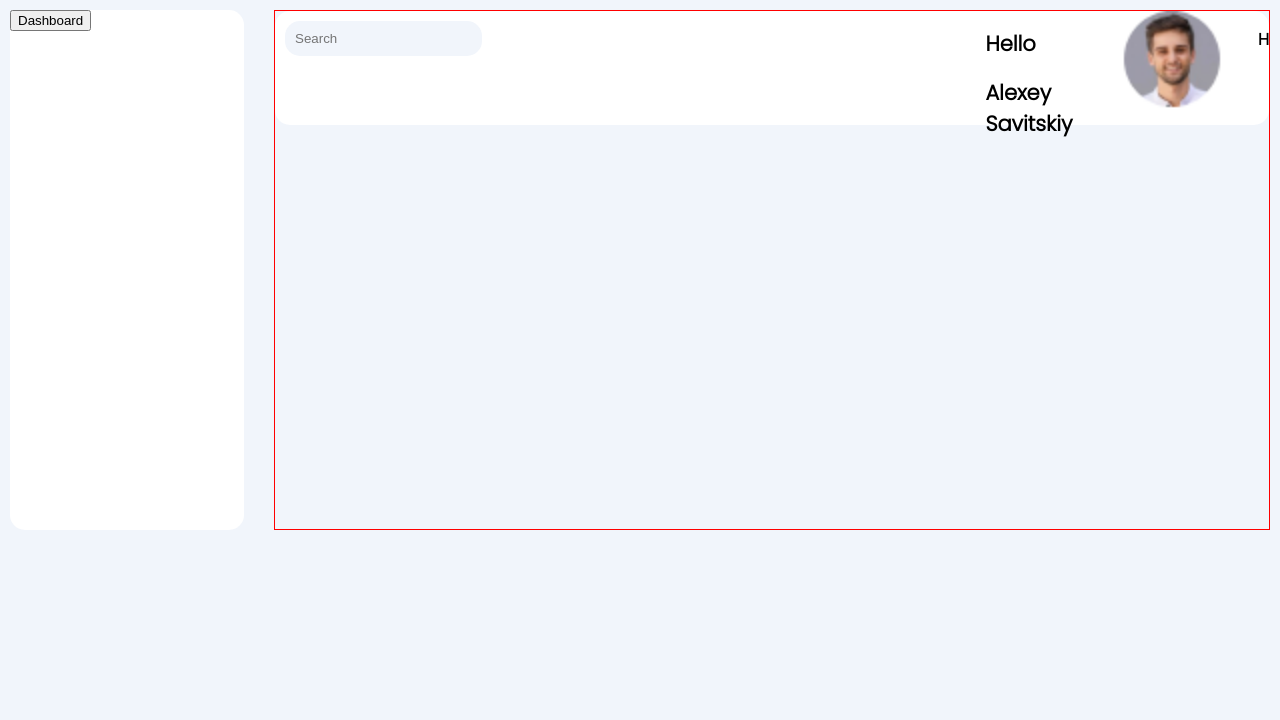
Repository: Anuruddha00/dashboard-design
Page: /
These files come from the project's save history. The page is drawn as it stood at one moment and after the next save; the edit follows.
The browser window is 1280 px wide. The pictures show the whole page.
The project was rebuilt for these pictures with package versions that can differ from the ones it lists, and the page was loaded fresh each time.

Above is the page before, as saved 2021-05-07 00:00:42.

After the next save:
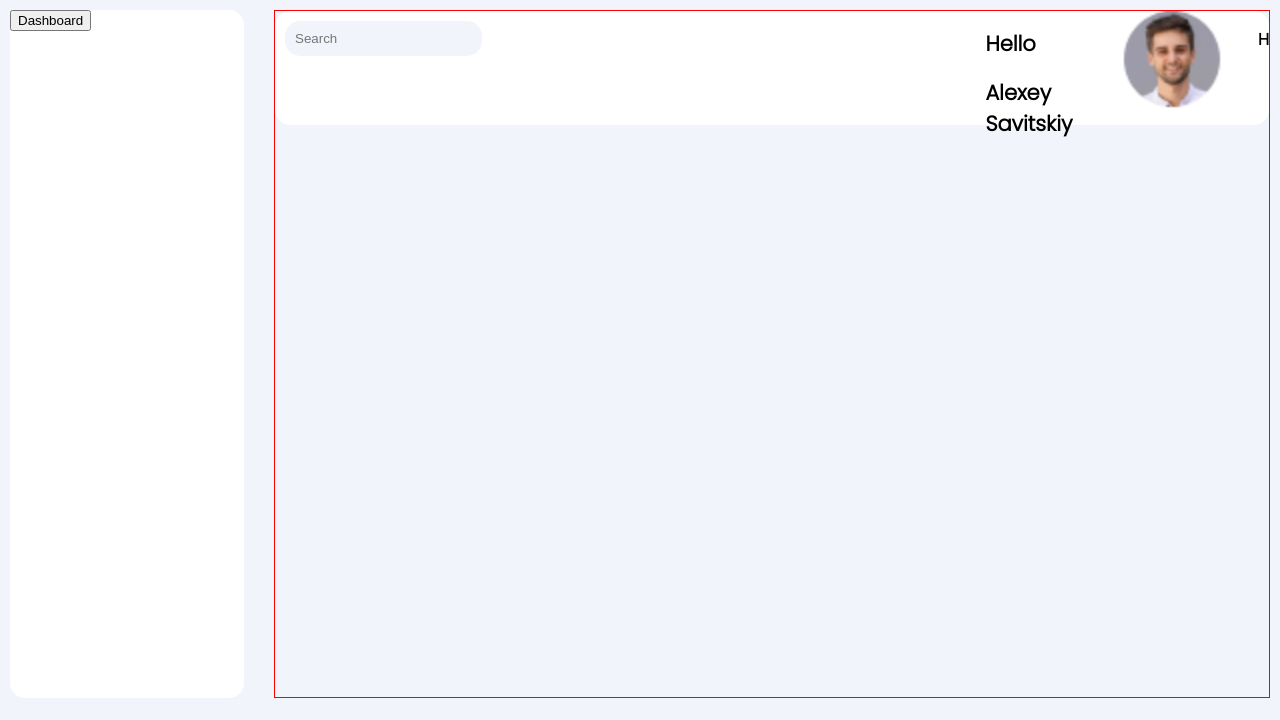
Saved 33 s later.
--- a/src/containers/Dashboard/Dashboard.scss
+++ b/src/containers/Dashboard/Dashboard.scss
@@ -33,6 +33,7 @@ body{
 
             .content{
                 display: grid;
+                grid-template-rows:1fr 5fr ;
                 grid-auto-rows: minmax(100px, auto);
                 grid-column: 1;
                 grid-row: 1 / 3;

After the save that followed:
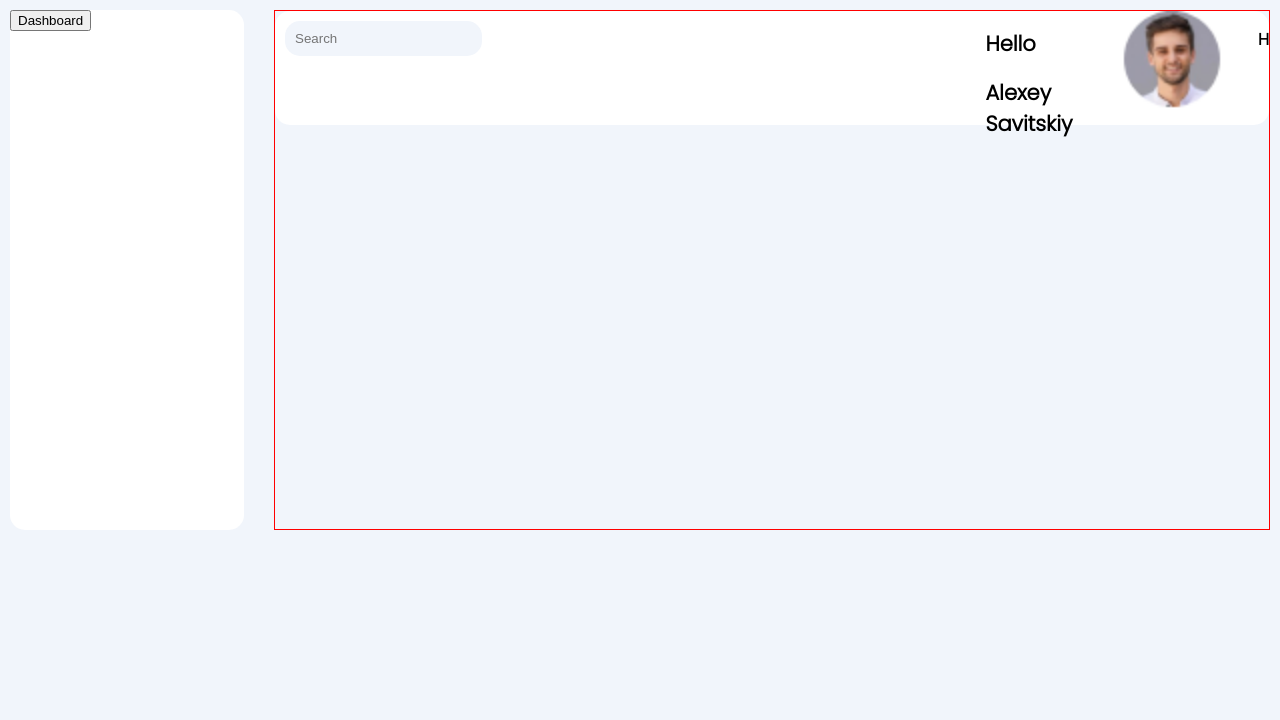
Saved 6 s later.
--- a/src/containers/Dashboard/Dashboard.scss
+++ b/src/containers/Dashboard/Dashboard.scss
@@ -33,7 +33,7 @@ body{
 
             .content{
                 display: grid;
-                grid-template-rows:1fr 5fr ;
+                grid-template-rows:1fr 3fr ;
                 grid-auto-rows: minmax(100px, auto);
                 grid-column: 1;
                 grid-row: 1 / 3;
